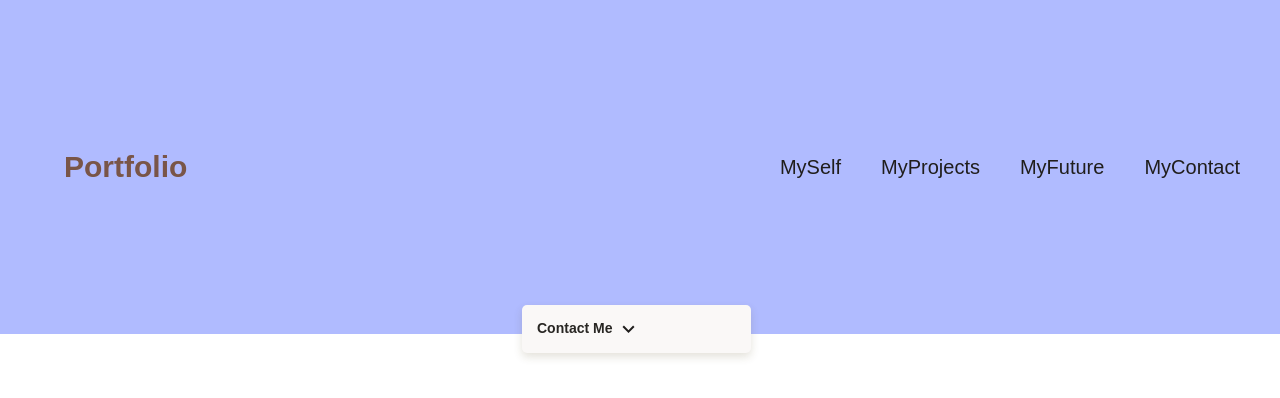
Repository: ChristianGecchelin/PortfolioOnline
Page: index.html
An editor plug-in stored every save of this project. The page is shown before and after the next save, followed by the edit.
The browser window is 1280 px wide. The pictures show the whole page.

Above is the page before, as saved 2022-01-08 11:36:51.

### index.html
<!DOCTYPE html>
<html lang="en">
  <head>
    <meta charset="UTF-8" />
    <meta http-equiv="X-UA-Compatible" content="IE=edge" />
    <meta name="viewport" content="width=device-width, initial-scale=1.0" />
    <title>Portfolio Christian</title>
    <link rel="stylesheet" href="./styles/styles.css" />
  </head>
  <body>
    <header>
      <nav>
        <h1>Portfolio</h1>
        <ul class="nav justify-content-end">
          <li class="nav-item">
            <a class="nav-link" href="">MySelf</a>
          </li>
          <li class="nav-item">
            <a class="nav-link" href="">MyProjects</a>
          </li>
          <li class="nav-item">
            <a class="nav-link" href="">MyFuture</a>
          </li>
          <li class="nav-item">
            <a class="nav-link" href="">MyContact</a>
          </li>
        </ul>
        <a class="header--button" href="#MyContact"> Contact Me<span></span></a>
      </nav>
      <main class="principalContainer">
        <section class="principalContainer-mySelf"></section>
        <div class="principalContainer-mySelf--information"></div>
        <div class="principalContainer-mySelf--image"></div>
        <section class="principalContainer-myProject"></section>
        <section class="principalContainer-myFuture"></section>
        <section class="principalContainer-myContact"></section>
      </main>
    </header>
  </body>
</html>

### styles/styles.css
:root {
  --strong-orange: #f7931a;
  --soft-orange: #ffe9d5;
  --secondary-blue: #1a9af7;
  --soft-blue: #e7f5ff;
  --warm-black: #201e1c;
  --black: #282623;
  --grey: #bababa;
  --off-white: #faf8f7;
  --just-white: #fff;
  --light-violet: #b0bbff;
  --strong-violet: #5764b3;
  --skin-color: #ffecb0;
  --yellow-skin-color: #fff3c9;
  --almost-brown: #b3a169;
}
* {
  box-sizing: border-box;
  margin: 0;
  padding: 0;
}
html {
  font-size: 62.5%;
  font-family: "DM Sans", sans-serif;
}
header {
  width: 100%;
  min-width: 320px;
  height: auto;
}
header nav {
  position: relative;
  display: flex;
  flex-direction: row;
  justify-content: space-between;
  align-items: center;
  width: 100%;
  min-width: 320px;
  height: 334px;
  padding: 25px 0;
  background-color: #b0bbff;
}
header nav h1 {
  width: 40%;
  min-width: 320px;
  margin: 0 auto;
  font-size: 3rem;
  line-height: 5rem;
  color: #795548;
}
header nav ul {
  display: flex;
  width: 50%;
  min-width: 320px;
  justify-content: end;
}
header nav ul li {
  margin-right: 40px;
  list-style: none;
}
header nav ul li a {
  font-size: 2rem;
  text-decoration: none;
  color: var(--warm-black);
}
header nav .header--button {
  position: absolute;
  top: 270px;
  left: calc(50% - 118px);
  display: block;
  margin-top: 35px;
  padding: 15px;
  width: 229px;
  height: 48px;
  background-color: var(--off-white);
  font-size: 1.4rem;
  font-weight: 700;
  text-decoration: none;
  color: var(--black);
  box-shadow: 0px 4px 8px rgba(89, 73, 30, 0.16);
  border: none;
  border-radius: 5px;
}
header nav .header--button span {
  display: inline-block;
  width: 13px;
  height: 8px;
  margin-left: 10px;
  background-image: url(../assets/icons/down-arrow.svg);
}

After the next save:
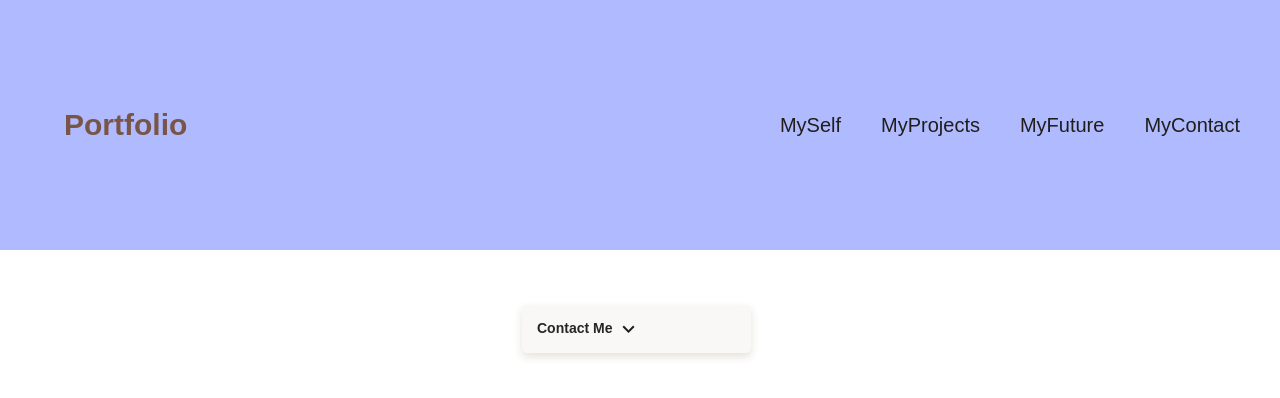
Saved 13 s later.
--- a/styles/styles.css
+++ b/styles/styles.css
@@ -36,7 +36,7 @@ header nav {
   align-items: center;
   width: 100%;
   min-width: 320px;
-  height: 334px;
+  height: 250px;
   padding: 25px 0;
   background-color: #b0bbff;
 }
